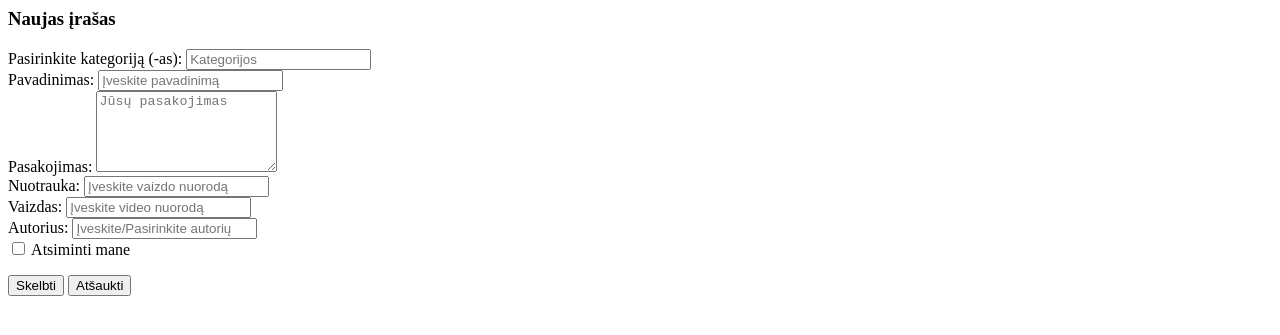
Repository: Skaidrius/Blogas
Page: templates/newpost.html
The author's editor kept a record of every edit. The page is drawn from the files as they stood at one moment, then again after the next edit.
The browser window is 1280 px wide. The pictures show the whole page.

Above is the page before.

After the next edit:
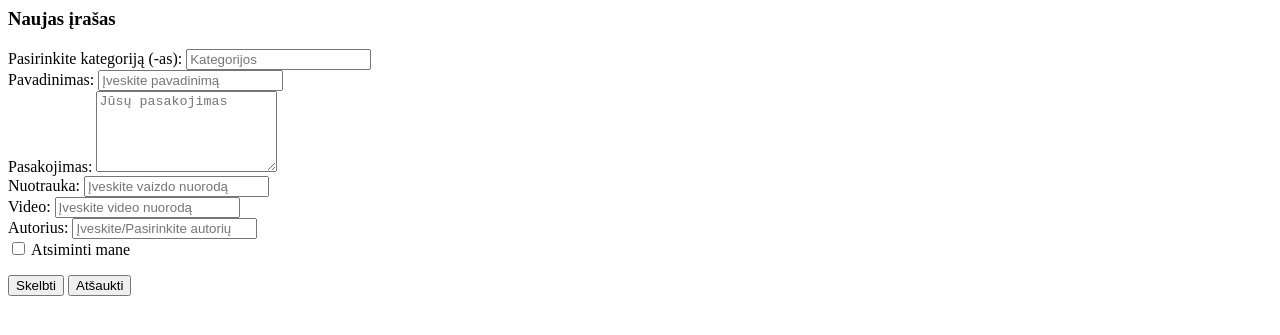
The edit:
--- a/templates/newpost.html
+++ b/templates/newpost.html
@@ -18,7 +18,7 @@
             <input type="text" class="form-control" id="photolink" placeholder="Įveskite vaizdo nuorodą">
         </div>
         <div class="form-group">
-            <label for="videolink">Vaizdas:</label>
+            <label for="videolink">Video:</label>
             <input type="text" class="form-control" id="videolink" placeholder="Įveskite video nuorodą">
         </div>
         <div class="form-group">
